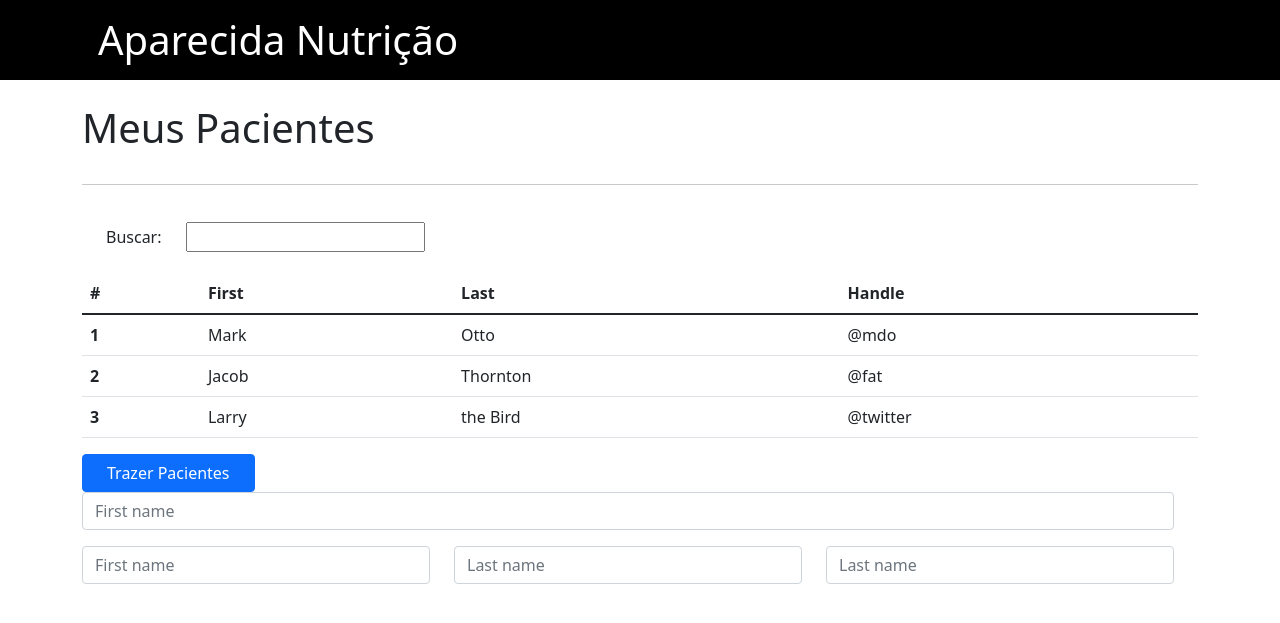
Repository: eversonps/app-paciente
Page: / (app in frontend/)
These files come from the project's save history. The page is drawn as it stood at one moment and after a run of saves; the edit follows.
The browser window is 1280 px wide. The pictures show the whole page.
The project was rebuilt for these pictures with package versions that can differ from the ones it lists, and the page was loaded fresh each time.

Above is the page before, as saved 2022-03-28 14:26:07.

After the next 2 saves:
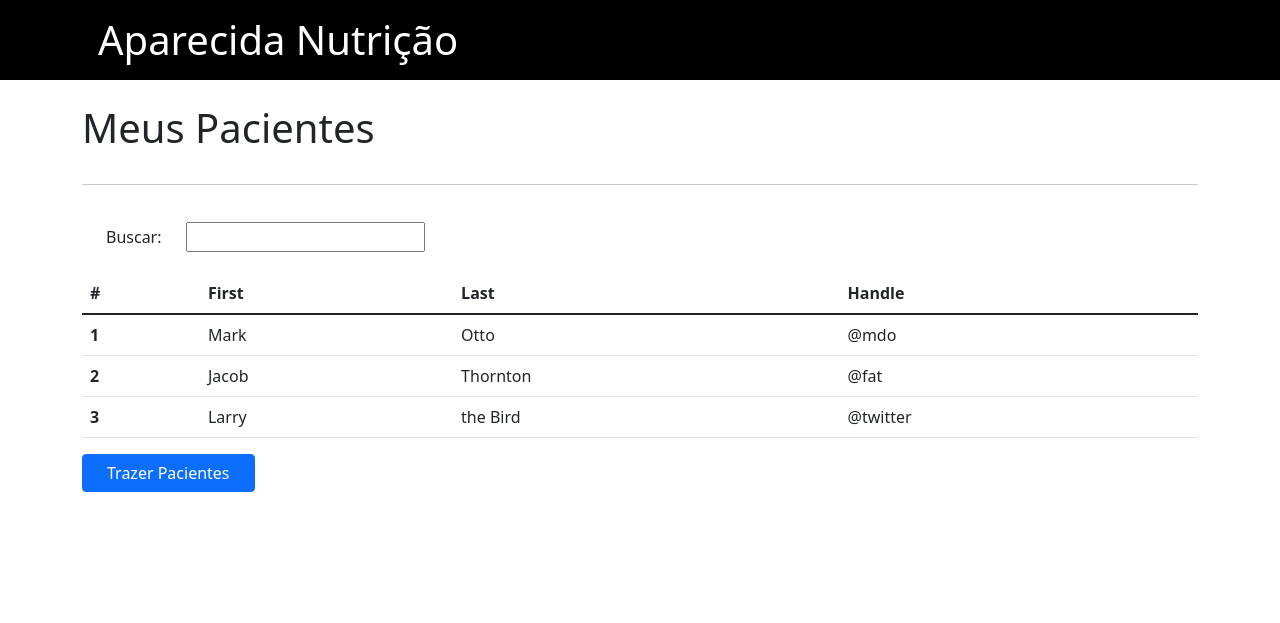
The 2 saves are shown as one change because 1 did not build or start.
The last was saved 16 s later.
--- a/frontend/src/components/AddPacient.jsx
+++ b/frontend/src/components/AddPacient.jsx
@@ -1,24 +1,6 @@
 import React from "react";
+import FormPacients from "../Templates/FormPacients";
 
 export default props => (
-    <form>
-        <div className="row">
-            <div className="row mb-3">
-                <div className="col">
-                    <input type="text" className="form-control" placeholder="First name" />
-                </div>
-            </div>
-            <div className="row">
-                <div className="col">
-                    <input type="text" className="form-control" placeholder="First name" />
-                </div>
-                <div className="col">
-                    <input type="text" className="form-control" placeholder="Last name" />
-                </div>
-                <div className="col">
-                    <input type="text" className="form-control" placeholder="Last name" />
-                </div>
-            </div>
-        </div>
-    </form>
+    FormPacients
 )

After the save that followed:
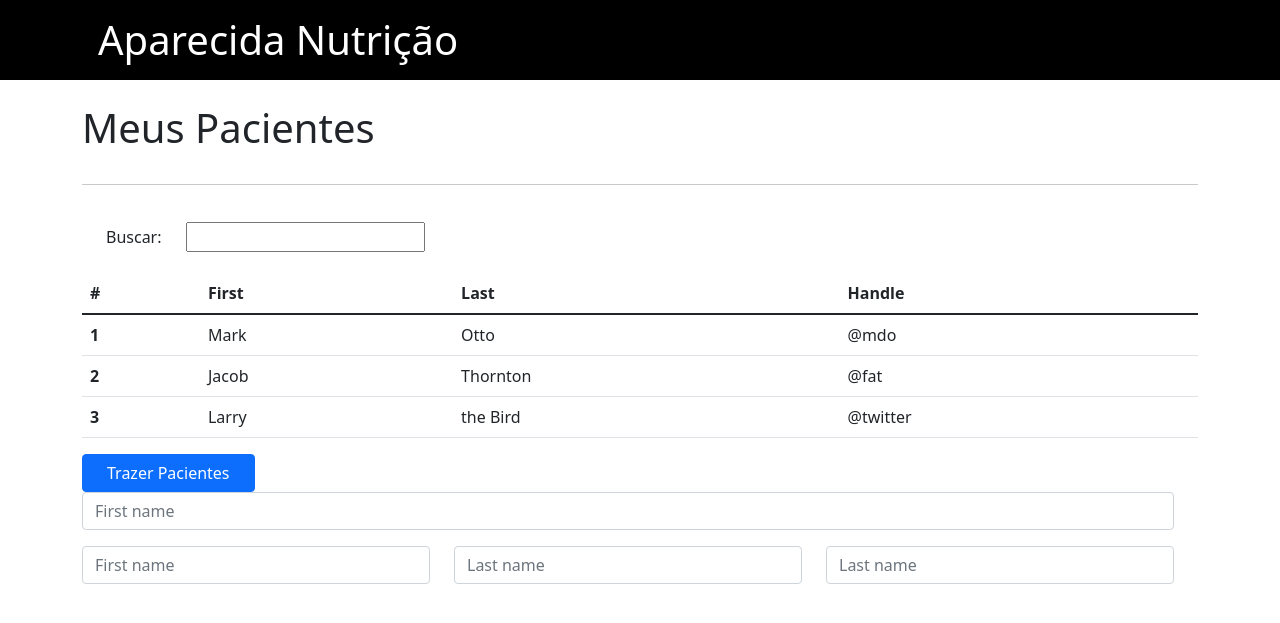
Saved 6 s later.
--- a/frontend/src/components/AddPacient.jsx
+++ b/frontend/src/components/AddPacient.jsx
@@ -2,5 +2,5 @@
 import FormPacients from "../Templates/FormPacients";
 
 export default props => (
-    FormPacients
+    <FormPacients></FormPacients>
 )
